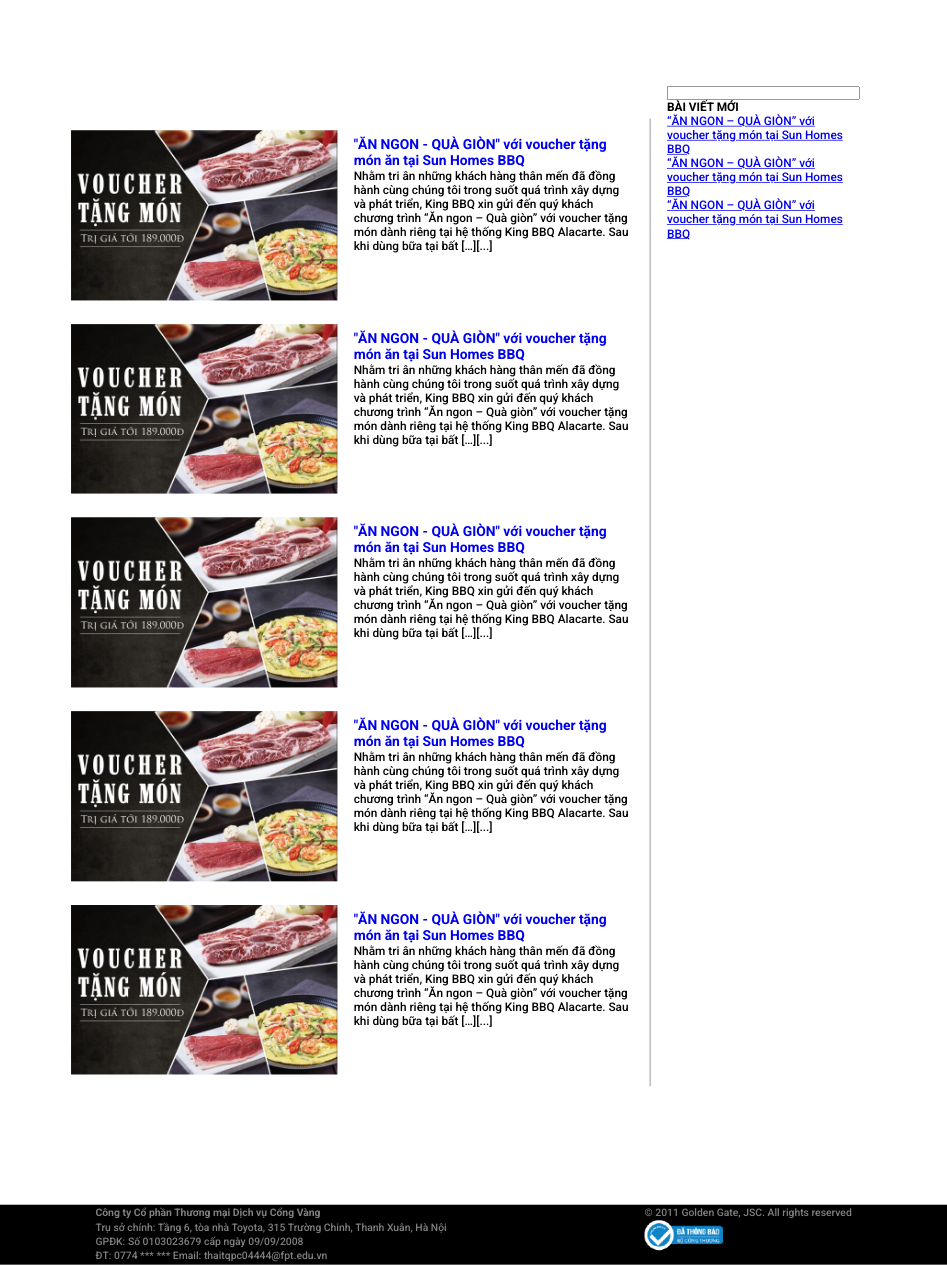
Repository: QUANGTHAI2003/sunhomesbbq
Page: TinTuc.html
An editor plug-in stored every save of this project. The page is shown before and after the next save, followed by the edit.
The browser window is 1280 px wide. The pictures show the whole page, at 74% of full size.
Some web fonts or font styles are not loaded; a fallback is used.

Above is the page before, as saved 2022-02-15 15:38:12.

### TinTuc.html
<!DOCTYPE html>
<html lang="en">
<head>
    <meta charset="UTF-8">
    <meta http-equiv="X-UA-Compatible" content="IE=edge">
    <meta name="viewport" content="width=device-width, initial-scale=1.0">
    <link href='https://unpkg.com/boxicons@2.1.1/css/boxicons.min.css' rel='stylesheet'>
    <link href="https://fonts.googleapis.com/css2?family=Roboto:wght@300;500;700&display=swap" rel="stylesheet">
    <link href="https://fonts.googleapis.com/css2?family=Berkshire+Swash&display=swap" rel="stylesheet">
    <link rel="stylesheet" href="style.css">
    <title>Document</title>
</head>
<body>
    <div class="wrapper">
        <div class="TT">
            <div class="news">
                <div class="post">
                    <img src="./img/news1.jpg" alt="">
                    <div class="content-news">
                        <a href="#">
                            <h3 class="heading-TT">"ĂN NGON - QUÀ GIÒN" với voucher tặng món ăn tại Sun Homes BBQ</h3>
                        </a>
                        <p>Nhằm tri ân những khách hàng thân mến đã đồng hành cùng chúng tôi trong suốt quá trình xây dựng và phát triển, King BBQ
                        xin gửi đến quý khách chương trình “Ăn ngon – Quà giòn” với voucher tặng món dành riêng tại hệ thống King BBQ Alacarte.
                        Sau khi dùng bữa tại bất […][...]</p>
                    </div>
                </div>
                <div class="post">
                    <img src="./img/news1.jpg" alt="">
                    <div class="content-news">
                        <a href="#">
                            <h3 class="heading-TT">"ĂN NGON - QUÀ GIÒN" với voucher tặng món ăn tại Sun Homes BBQ</h3>
                        </a>
                        <p>Nhằm tri ân những khách hàng thân mến đã đồng hành cùng chúng tôi trong suốt quá trình xây dựng và phát triển,
                            King BBQ
                            xin gửi đến quý khách chương trình “Ăn ngon – Quà giòn” với voucher tặng món dành riêng tại hệ thống King BBQ
                            Alacarte.
                            Sau khi dùng bữa tại bất […][...]</p>
                    </div>
                </div>
                <div class="post">
                    <img src="./img/news1.jpg" alt="">
                    <div class="content-news">
                        <a href="#">
                            <h3 class="heading-TT">"ĂN NGON - QUÀ GIÒN" với voucher tặng món ăn tại Sun Homes BBQ</h3>
                        </a>
                        <p>Nhằm tri ân những khách hàng thân mến đã đồng hành cùng chúng tôi trong suốt quá trình xây dựng và phát triển,
                            King BBQ
                            xin gửi đến quý khách chương trình “Ăn ngon – Quà giòn” với voucher tặng món dành riêng tại hệ thống King BBQ
                            Alacarte.
                            Sau khi dùng bữa tại bất […][...]</p>
                    </div>
                </div>
                <div class="post">
                    <img src="./img/news1.jpg" alt="">
                    <div class="content-news">
                        <a href="#">
                            <h3 class="heading-TT">"ĂN NGON - QUÀ GIÒN" với voucher tặng món ăn tại Sun Homes BBQ</h3>
                        </a>
                        <p>Nhằm tri ân những khách hàng thân mến đã đồng hành cùng chúng tôi trong suốt quá trình xây dựng và phát triển,
                            King BBQ
                            xin gửi đến quý khách chương trình “Ăn ngon – Quà giòn” với voucher tặng món dành riêng tại hệ thống King BBQ
                            Alacarte.
                            Sau khi dùng bữa tại bất […][...]</p>
                    </div>
                </div>
                <div class="post">
                    <img src="./img/news1.jpg" alt="">
                    <div class="content-news">
                        <a href="#">
                            <h3 class="heading-TT">"ĂN NGON - QUÀ GIÒN" với voucher tặng món ăn tại Sun Homes BBQ</h3>
                        </a>
                        <p>Nhằm tri ân những khách hàng thân mến đã đồng hành cùng chúng tôi trong suốt quá trình xây dựng và phát triển,
                            King BBQ
                            xin gửi đến quý khách chương trình “Ăn ngon – Quà giòn” với voucher tặng món dành riêng tại hệ thống King BBQ
                            Alacarte.
                            Sau khi dùng bữa tại bất […][...]</p>
                    </div>
                </div>
            </div>
            <div class="search-news">
                <input type="search" name="" id="">
                <p><strong>BÀI VIẾT MỚI</strong></p>
                <a href="#">“ĂN NGON – QUÀ GIÒN” với voucher tặng món tại Sun Homes BBQ</a>
                <a href="#">“ĂN NGON – QUÀ GIÒN” với voucher tặng món tại Sun Homes BBQ</a>
                <a href="#">“ĂN NGON – QUÀ GIÒN” với voucher tặng món tại Sun Homes BBQ</a>
            </div>
        </div>
    </div>
    <div class="footer">
        <div class="copyright">
            <div class="address">
                <b>Công ty Cổ phần Thương mại Dịch vụ Cổng Vàng</b> <br>
                Trụ sở chính: Tầng 6, tòa nhà Toyota, 315 Trường Chinh, Thanh Xuân, Hà Nội <br>
                GPĐK: Số 0103023679 cấp ngày 09/09/2008 <br>
                ĐT: 0774 *** *** Email: thaitqpc04444@fpt.edu.vn <br>
            </div>
            <div class="logo-footer">
                © 2011 Golden Gate, JSC. All rights reserved <br>
                <img src="img/logo.png" alt="">
            </div>
        </div>
    </div>
</body>
</html>

### style.css
* {
    margin: 0;
    padding: 0;
    box-sizing: border-box;
}

html {
    scroll-behavior: smooth;
    font-family: 'Roboto', sans-serif;
}
.container {
    overflow: hidden;
}

.header {
    height: 100px;
    background-color: #000;
    position: fixed;
    top: 0;
    right: 0;
    left: 0;
}

.header img {
    padding: 8px;
    width: 350px;
}
/* Navigation bar */

.nav {
    max-width: 85%;
    display: flex;
    flex-wrap: wrap;
}

#logo {
    float: left;
    padding: 0 100px;
}

@media screen and (max-width: 1400px) {
    #logo {
        padding: 6px 50px;
    }
    .header img {
        width: 300px;
    }
    .nav a {
        font-size: 14px;
    }
}

.nav > ul {
    flex-wrap: wrap;
}

.nav li {
    list-style: none;
    line-height: 100px;
    font-weight: 500;
}

.nav li a {
    color: #c6c6c6;
    padding: 6px 15px;
    text-decoration: none;
}
.nav li a:active,
.nav li a:hover {
    color: #f3e385;
    font-weight: bold;
}
.nav li:active a {
    color: #f3e385;
    font-weight: bold;
}

.nav li:last-child a {
    border: 1px solid #c6c6c6;
    border-radius: 5px;
    text-transform: none;
}

.nav li:last-child a:hover {
    background-color: #f3e385;
    color: #000;
}
/* Content */
.content {
    height: 100vh;
}

.section-heading {
    font-family: 'Berkshire Swash', cursive;
    font-size: 30px;
    letter-spacing: 2px;
    word-spacing: 8px;
}

.content-section-sunhomes {
    display: flex;
    max-width: 85%;
    background-size: cover;
    background-position: 50% 50%;
    margin: 0 auto;
    padding: 24px;
}

.section-left-sunhomes {
    padding: 0 15px 30px;
    width: 50%;
}

.section-left-sunhomes .section-heading {
    font-size: 50px;
    margin: 0 0 15px;
}

.section-left-sunhomes .section-content {
    font-size: 16px;
    margin: 0 0 20px;
    line-height: 1.4;
    color: #777777;
}

.section-left-sunhomes .section-content span {
    font-weight: 700;
}
.section-images-sunhomes {
    flex-basis: 50%;
}

.section-images-sunhomes img {
    width: 300px;
    height: 400px;
    flex-basis: 50%;
    padding: 15px;
}

@media screen and (max-width: 1480px) {
    .section-images-sunhomes img {
        width: 280px;
    }
}

@media screen and (max-width: 1400px) {
    .section-images-sunhomes img {
        width: 250px;
    }
}

@media screen and (max-width: 1280px) {
    .section-images-sunhomes img {
        width: 200px;
    }
}

.img-1 {
    display: inline-block;
    overflow: hidden;
    position: relative;
}

.img-1 img {
    transition: all 0.5s ease-in-out;
}

.img-1:hover img {
    -webkit-transform: scale(1.1);
    transform: scale(1.1);
}

.img-2 {
    display: inline-block;
    overflow: hidden;
    position: relative;
}

.img-2 img {
    transition: all 0.5s ease-in-out;
}

.img-2:hover img {
    -webkit-transform: scale(1.1);
    transform: scale(1.1);
}

.content-section-menu {
    display: flex;
    max-width: 85%;
    background-size: cover;
    background-position: 50% 50%;
    margin: 0 auto;
    padding: 24px;
}
.section-images-menu {
    display: flex;
}

.section-right-menu {
    flex: 1;
    padding: 30px 30px;
}

.section-right-menu .section-heading {
    color: #c0c0c0;
    font-size: 50px;
    margin: 0 15px;
}

.section-right-menu .section-content {
    font-size: 16px;
    margin: 0 20px;
    line-height: 1.4;
    color: #777777;
}

.section-right-menu .section-content span {
    font-weight: 700;
}
.section-images-menu {
    flex: 1;
}

.img-3 {
    filter: grayscale(100%);
}

.img-3:hover {
    filter: grayscale(0%);
    transition: 0.8s;
}

.img-4 {
    filter: grayscale(100%);
}

.img-4:hover {
    filter: grayscale(0%);
    transition: 0.8s;
}

.img-5 {
    filter: grayscale(100%);
}

.img-5:hover {
    filter: grayscale(0%);
    transition: 0.8s;
}

.img-6 {
    filter: grayscale(100%);
}

.img-6:hover {
    filter: grayscale(0%);
    transition: 0.8s;
}

.section-images-menu img {
    width: 280px;
    height: 200px;
    flex-basis: 25%;
    padding: 15px;
}

.bg-menu {
    background-color: #000;
    height: 480px;
}

.btn-menu {
    display: inline-block;
    color: #c0c0c0;
    font-size: 18px;
    padding: 10px 20px;
    border: 1px solid #c6c6c6;
    border-radius: 5px;
    text-transform: none;
    margin: 12px 20px;
}

.btn-menu:hover {
    color: #555;
    background: #ccc;
    font-weight: bold;
}

.btn-menu .icon-menu {
    color: #c0c0c0;
    font-size: 16px;
}

.btn-menu:hover .icon-menu {
    color: #555;
    background: #ccc;
    font-weight: bold;
}

.icon-menu:hover {
    color: #ccc;
    background: #000;
}

.btn-res {
    display: inline-block;
    color: #727272;
    font-size: 18px;
    padding: 10px 20px;
    border: 1px solid #727272;
    border-radius: 5px;
    text-transform: none;
    font-weight: bold;
}

.btn-res:hover {
    color: #ccc;
    background: #555;
    font-weight: bold;
}

.btn-res .icon-menu {
    color: #000;
    font-size: 16px;
}

/* Footer */
.footer {
    background: #000;
    font-size: 14px;
    line-height: 1.4;
}

.copyright {
    display: flex;
    max-width: 80%;
    margin: 0 auto;
    justify-content: space-between;
    color: #ffffff80;
    padding: 1px;
    bottom: 0;
    top: 0;
}

.sign-now {
    background: url(./img/banner.jpg);
    background-color: rgba(0, 0, 0, 0.84);
    width: 100%;
    height: 100px;
    background-size: 100%;
}

.endow {
    max-width: 80%;
    margin: 0 auto;
    opacity: 1;
}

.sign-now span {
    color: black;
    line-height: 100px;
    margin: 0 20px;
    font-size: 18px;
    font-weight: 500;
}

.sign-now .endow #Email {
    width: 360px;
    height: 40px;
    border-radius: 20px;
    padding: 0 15px;
    margin: 0 5px 0 120px;
    background: rgba(204, 204, 204, 0.4);
    outline: none;
}

.sign-now .endow #Email::placeholder {
    color: #fff;
    font-size: 18px;
}

.sign-now .endow #sign {
    width: 150px;
    height: 40px;
    border-radius: 8px;
    background: #f3e385;
}

.sign-now .endow #sign::placeholder {
    color: #000;
    font-size: 18px;
    font-weight: bold;
}

.sign-now .endow #sign:hover {
    opacity: 0.8;
}

@media screen and (max-width: 1400px) {
    .sign-now span {
        font-size: 16px;
    }

    .sign-now .endow #Email {
        margin: 0 5px 0 60px;
        width: 200px;
    }

    .sign-now .endow #sign {
        width: 120px;
    }
}

.brand {
    display: flex;
    height: 100px;
    justify-content: space-between;
    align-items: center;
    margin: 0 auto;
    max-width: 85%;
}

.brand img {
    width: 8%;
    height: 50px;
}

.brand1 {
    filter: grayscale(100%);
}

.brand1:hover {
    filter: grayscale(0%);
    transition: 0.8s;
}

.brand2 {
    filter: grayscale(100%);
}

.brand2:hover {
    filter: grayscale(0%);
    transition: 0.8s;
}

.brand3 {
    filter: grayscale(100%);
}

.brand3:hover {
    filter: grayscale(0%);
    transition: 0.8s;
}

.brand4 {
    filter: grayscale(100%);
}

.brand4:hover {
    filter: grayscale(0%);
    transition: 0.8s;
}

.brand5 {
    filter: grayscale(100%);
}

.brand5:hover {
    filter: grayscale(0%);
    transition: 0.8s;
}

.brand6 {
    filter: grayscale(100%);
}

.brand6:hover {
    filter: grayscale(0%);
    transition: 0.8s;
}

.brand7 {
    filter: grayscale(100%);
}

.brand7:hover {
    filter: grayscale(0%);
    transition: 0.8s;
}

.brand8 {
    filter: grayscale(100%);
}

.brand8:hover {
    filter: grayscale(0%);
    transition: 0.8s;
}

.brand9 {
    filter: grayscale(100%);
}

.brand9:hover {
    filter: grayscale(0%);
    transition: 0.8s;
}

.brand10 {
    filter: grayscale(100%);
}

.brand10:hover {
    filter: grayscale(0%);
    transition: 0.8s;
}

#myBtn {
    position: fixed;
    bottom: 30px;
    right: 10px;
    float: right;
    right: 5%;
    left: 95%;
    max-width: 30px;
    width: 80px;
    height: 30px;
    font-size: 20px;
    border-color: rgba(85, 85, 85, 0.2);
    background-color: rgb(100, 100, 100);
    padding: 1px;
    border-radius: 60px;
}

.arrow {
    font-size: 20px;
    padding: 1px 0;
}

#myBtn:hover {
    opacity: 0.8;
}

/* Gioi Thieu */
.wrapper {
    display: flex;
    max-width: 85%;
    margin: 0 auto;
}

.heading-GT {
    display: inline-block;
    font-size: 24px;
    padding: 10px 90px;
    font-weight: bold;
}

.para-GT {
    line-height: 1.4;
    margin: 20px 0;
    color: #777777;
}

.Gioi-Thieu1,
.Gioi-Thieu2 {
    width: 600px;
    margin: 30px 30px;
}

.Gioi-Thieu1 img,
.Gioi-Thieu2 img {
    width: 600px;
}

@media screen and (max-width: 1400px) {
    .Gioi-Thieu1,
    .Gioi-Thieu2 {
        width: 500px;
        margin: 30px 15px;
    }

    .Gioi-Thieu1 img,
    .Gioi-Thieu2 img {
        width: 500px;
    }

    .heading-GT {
        display: inline-block;
        font-size: 20px;
        padding: 10px 70px;
        font-weight: bold;
    }
}

/* Dat Ban */

.DB {
    display: flex;
}

.set-table {
    margin: 30px 12px;
    flex: 1;
}

.set-table p {
    margin: 16px 0;
}

.set-table ul {
    list-style: none;
    margin-bottom: 80px;
}

.set-table ul li {
    margin: 8px 0;
    padding: 6px;
    border-bottom: 1px solid rgba(0, 0, 0, 0.4);
    color: #777777;
    font-size: 16px;
}

.set-table ul li .arrow-right {
    margin-right: 6px;
}

.heading-DB {
    font-size: 40px;
    font-family: 'Berkshire Swash';
}

.set-table-info {
    margin: 25px 12px 15px;
    flex: 1;
}

.set-table-info input {
    border: 1px solid #c6c6c6;
    display: inline-block;
    width: 90%;
    height: 40px;
    margin: 8px 0;
    border-radius: 4px;
    padding: 0 5px;
    outline: none;
    box-shadow: rgba(0, 0, 0, 0.35) 0px 5px 15px;
}

.set-table-info input:focus {
    box-shadow: inset rgba(0, 0, 0, 0.35) 0px 5px 15px;
}

.wrapper .set-table-info #sign {
    width: 140px;
    background-color: #f3e385;
    font-size: 16px;
}

.wrapper .set-table-info #sign:hover {
    box-shadow: inset rgba(0, 0, 0, 0.35) 0px 5px 15px;
    opacity: 0.8;
    cursor: pointer;
    font-weight: bold;
}

/* Thuc don */

.heading-menu {
    display: inline-block;
    position: relative;
    left: 50%;
    transform: translateX(-50%);
    font-size: 36px;
    font-weight: bold;
    padding: 24px;
}

.heading-food {
    margin: 10px 12px;
    font-size: 26px;
    font-weight: bold;
}

.contain {
    width: 85%;
    margin: 0 auto;
    padding: 40px;
    border: 1px solid #c6c6c6;
}

.menu-foods {
    display: flex;
    flex-wrap: wrap;
}

.menu-food {
    width: 360px;
    height: 200px;
    margin: 0 20px 520px 20px;
}

.menu-food .food {
    width: 380px;
    border-radius: 4px;
}

.list-food ul {
    list-style: none;
}

.list-food ul li {
    font-size: 18px;
    border-bottom: 1px solid rgba(148, 134, 134, 0.26);
    padding: 5px 0;
}

.list-food ul li .bx-check {
    margin: 0 8px;
    color: rgba(16, 134, 5, 0.6);
    font-weight: bold;
    font-size: 24px;
}

/* Tuyen dung */

.TD {
    display: flex;
    margin-bottom: 10px;
}

.heading-recruit {
    font-size: 40px;
    font-weight: bold;
    font-family: 'Berkshire Swash';
    padding-top: 20px;
}

.recruit {
    flex: 1;
    margin-right: 30px;
    display: inline-block;
}

.recruit p {
    padding-top: 20px;
    color: #777777;
}

.recruit ul {
    padding-top: 20px;
    list-style: none;
}

.recruit ul li {
    padding: 6px;
    margin: 8px 0;
    border-bottom: 1px solid rgba(0, 0, 0, 0.4);
    font-size: 16px;
    color: #777777;
}

.recruit ul li .bx-check {
    margin: 0 8px;
    color: rgba(16, 134, 5, 0.6);
    font-weight: bold;
    font-size: 24px;
}

.recruit p a {
    color: #334862;
    text-decoration: none;
}

.recruit p a:hover {
    color: #000;
}

.img-TD {
    margin-left: 30px;
    flex: 1;
}

.img-TD img {
    width: 100%;
    height: 70%;
    margin: 16px 8px;
    padding-top: 30px;
}

/* Lien he */

.LH {
    display: flex;
}

.info-LH {
    flex: 1;
}
.heading-LH {
    font-size: 40px;
    font-weight: bold;
    font-family: 'Berkshire Swash';
    padding-top: 20px;
}
.info-LH p {
    padding-top: 20px;
    color: #777777;
}

.info-LH ul {
    padding-top: 20px;
    list-style: none;
}

.info-LH ul li {
    padding: 6px;
    margin: 8px 0;
    font-size: 16px;
    color: #777777;
}
.enter-info {
    flex: 1;
    margin: 25px 12px 15px;
}

.enter-info input {
    border: 1px solid #c6c6c6;
    display: inline-block;
    width: 90%;
    height: 40px;
    margin: 8px 0;
    border-radius: 4px;
    padding: 0 5px;
    outline: none;
    box-shadow: rgba(0, 0, 0, 0.35) 0px 5px 15px;
}

.enter-info input:hover {
    box-shadow: inset rgba(0, 0, 0, 0.35) 0px 5px 15px;
}

.enter-info textarea {
    border: 1px solid #c6c6c6;
    display: inline-block;
    width: 90%;
    margin: 8px 0;
    border-radius: 4px;
    padding: 5px;
    outline: none;
    box-shadow: rgba(0, 0, 0, 0.35) 0px 5px 15px;
}

.enter-info textarea:hover {
    box-shadow: inset rgba(0, 0, 0, 0.35) 0px 5px 15px;
}

/* Tin tuc */

.TT {
    display: flex;
    max-height: 100%;
}

.news {
    display: flex;
    flex-direction: column;
    justify-content: space-between;
    flex: 3;
    margin: 160px 0;
    border-right: 1px solid #777777;
}

.content-news {
    padding: 8px 6px;
    margin: 0 16px;
}

.content-news a {
    padding: 4px 0;
    text-decoration: none;
}

.heading-TT::after {
    content: '';
    display: inline-block;
    width: 8px;
    height: 1px;
}

.search-news {
    flex: 1;
    display: flex;
    flex-direction: column;
    padding: 100px 6px;
    margin: 16px;
}

.post {
    display: flex;
    margin: 16px 0;
}

.post img {
    width: 360px;
}

After the next save:
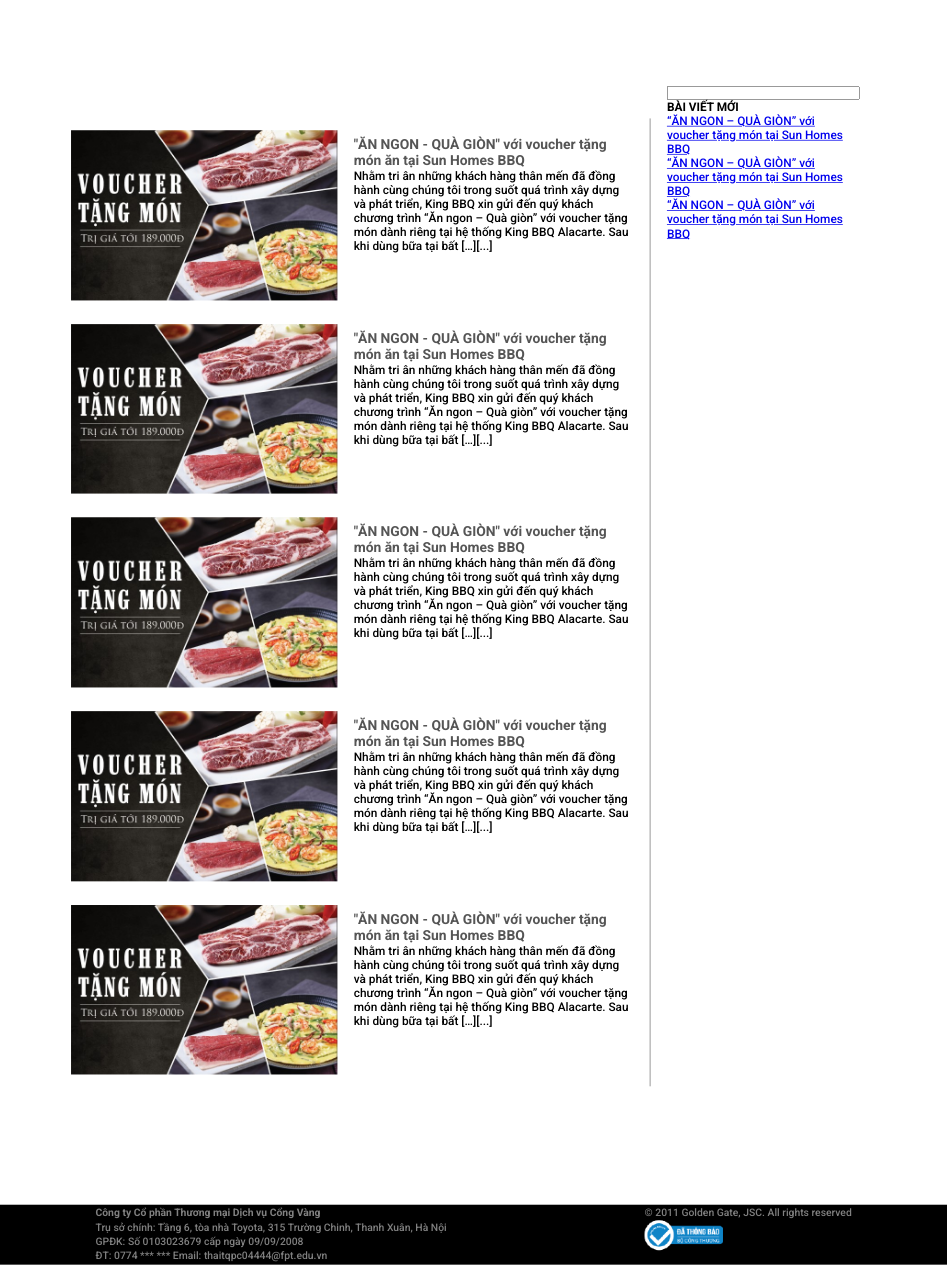
Saved 38 s later.
--- a/style.css
+++ b/style.css
@@ -879,6 +879,7 @@
 .content-news a {
     padding: 4px 0;
     text-decoration: none;
+    color: #555;
 }
 
 .heading-TT::after {
